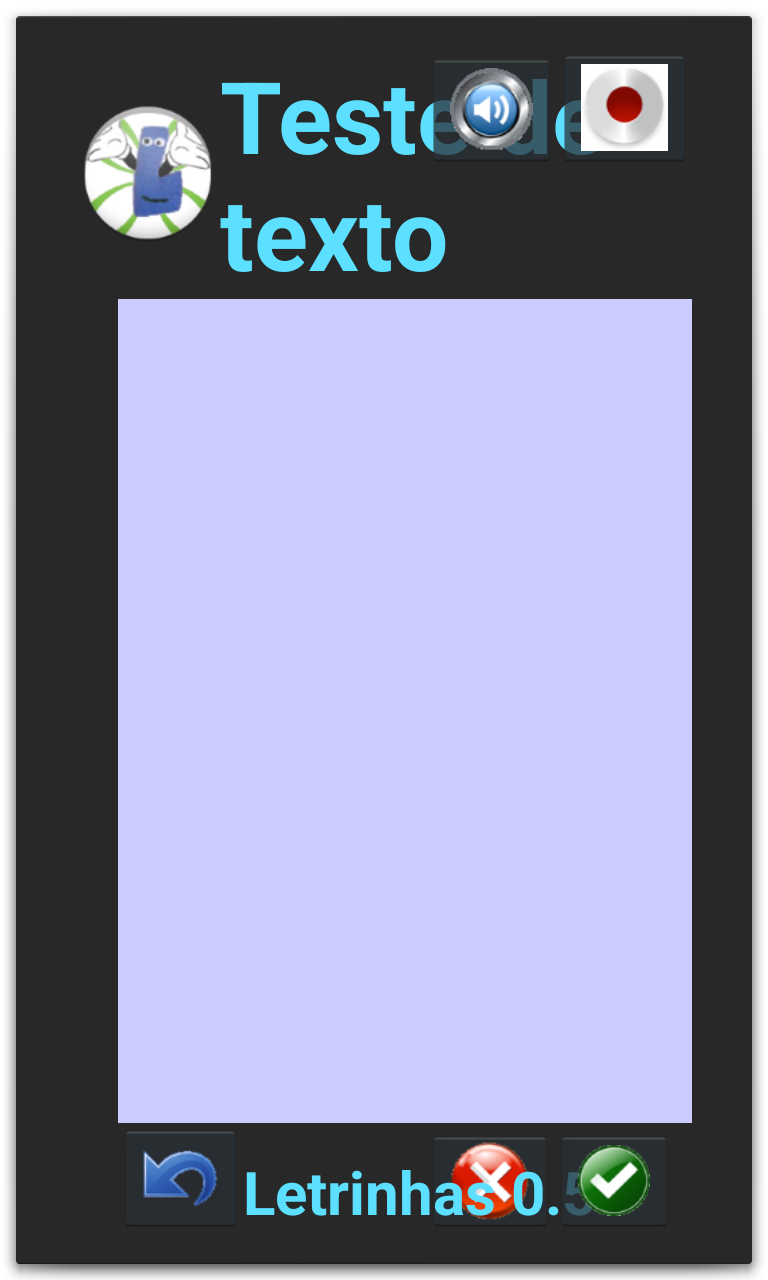
Repository: iptomar/letrinhas_documentacao
Layout: Letrinhas/APP/Prototipos/Letrinhas05/res/layout/activity_teste__texto__aluno.xml
These files come from the project's save history. The layout is drawn as it stood at one moment and after the next save; the edit follows.
It is drawn on a 768 x 1280 px phone screen (xhdpi) without system bars, with theme android:Theme.Holo.Dialog.NoActionBar; the app's code is not run.

Above is the layout before, as saved 2014-05-18 23:51:01.

### Letrinhas/APP/Prototipos/Letrinhas05/res/layout/activity_teste__texto__aluno.xml
<RelativeLayout xmlns:android="http://schemas.android.com/apk/res/android"
    xmlns:tools="http://schemas.android.com/tools"
    android:id="@+id/testTexto"
    android:layout_width="match_parent"
    android:layout_height="match_parent"
    android:gravity="clip_vertical"
    android:paddingBottom="@dimen/activity_vertical_margin"
    android:paddingLeft="30sp"
    android:paddingRight="30sp"
    android:paddingTop="@dimen/activity_vertical_margin"
    tools:context="com.letrinhas05.Teste_Texto" >

    <TextView
        android:id="@+id/textCabecalho"
        android:layout_width="wrap_content"
        android:layout_height="wrap_content"
        android:layout_alignParentLeft="true"
        android:layout_alignParentTop="true"
        android:drawableLeft="@drawable/logo2"
        android:text="@string/title_activity_teste_texto"
        android:textColor="#5ddfff"
        android:textSize="50sp"
        android:textStyle="bold" />

    <ImageButton
        android:id="@+id/txtRecord"
        android:layout_width="wrap_content"
        android:layout_height="wrap_content"
        android:layout_alignParentRight="true"
        android:layout_alignTop="@+id/textCabecalho"
        android:contentDescription="@string/Recording"
        android:src="@drawable/record" />

    <ScrollView
        android:id="@+id/txtTela"
        android:layout_width="wrap_content"
        android:layout_height="wrap_content"
        android:layout_above="@+id/txtVoltar"
        android:layout_alignLeft="@+id/textCabecalho"
        android:layout_alignRight="@+id/txtRecord"
        android:layout_below="@+id/textCabecalho"
        android:layout_marginLeft="21dp"
        android:background="#ccccff"
        android:paddingBottom="10dp"
        android:paddingLeft="10dp"
        android:paddingRight="10dp"
        android:paddingTop="10dp" >

        <LinearLayout
            android:id="@+id/llTexto"
            android:layout_width="match_parent"
            android:layout_height="wrap_content"
            android:orientation="vertical" >

            <TextView
                android:id="@+id/txtTexto"
                android:layout_width="match_parent"
                android:layout_height="match_parent"
                android:layout_gravity="fill"
                android:textIsSelectable="true"
                android:textColor="#303030"
                android:textSize="35sp" />

        </LinearLayout>
    </ScrollView>

    <ImageButton
        android:id="@+id/txtPlay"
        android:layout_width="wrap_content"
        android:layout_height="wrap_content"
        android:layout_alignBottom="@+id/txtRecord"
        android:layout_toLeftOf="@+id/txtRecord"
        android:contentDescription="@string/play"
        android:src="@drawable/palyoff" />

    <ImageButton
        android:id="@+id/txtCancel"
        android:layout_width="wrap_content"
        android:layout_height="wrap_content"
        android:layout_alignLeft="@+id/txtPlay"
        android:layout_alignTop="@+id/txtAvaliar"
        android:contentDescription="@string/sair"
        android:src="@drawable/cancelar" />

    <ImageButton
        android:id="@+id/txtVoltar"
        android:layout_width="wrap_content"
        android:layout_height="wrap_content"
        android:layout_alignLeft="@+id/txtTela"
        android:layout_alignParentBottom="true"
        android:contentDescription="@string/voltar"
        android:src="@drawable/voltar" />

    <TextView
        android:id="@+id/textRodape"
        android:layout_width="wrap_content"
        android:layout_height="wrap_content"
        android:layout_alignBottom="@+id/txtVoltar"
        android:layout_toRightOf="@+id/txtVoltar"
        android:text="@string/letrinhas"
        android:textColor="#5ddfff"
        android:textSize="30sp"
        android:textStyle="bold" />

    <ImageButton
        android:id="@+id/txtAvaliar"
        android:layout_width="wrap_content"
        android:layout_height="wrap_content"
        android:layout_alignBottom="@+id/textRodape"
        android:layout_toRightOf="@+id/txtCancel"
        android:contentDescription="@string/entrar"
        android:src="@drawable/valido" />

</RelativeLayout>

### Letrinhas/APP/Prototipos/Letrinhas05/res/values/strings.xml
<?xml version="1.0" encoding="utf-8"?>
<resources>

    <string name="app_name">Letrinhas05</string>
    <string name="entrar">Entrar</string>
    <string name="letrinhas">Letrinhas 0.5 </string>
    <string name="Recording">A gravar</string>
    <string name="start">Começar</string>
    <string name="stop">Parar</string>
    <string name="play">Ouvir</string>
    <string name="title_item_list">Items</string>
    <string name="title_item_detail">Item Detail</string>
    <string name="title_activity_escolhe_teste">Escolher Teste</string>
    <string name="action_settings">Settings</string>
    <string name="sair">sair</string>
    <string name="voltar">voltar</string>
    <string name="teste">Teste</string>
    <string name="title_activity_esc_modo">Escolher Modo do teste</string>
    <string name="escolhe_Modo">Escolher o Modo do teste a realizar</string>
    <string name="porAluno">Por Aluno</string>
    <string name="porProf">Por Professor</string>
    <string name="title_activity_leitura_texto">Leitura de Textos</string>
    <string name="title_activity_leitura_palavras">Leitura de Palavras</string>
    <string name="concetList">ConectList</string>
    <string name="title_activity_texto">Teste de texto</string>
    <string name="title_activity_teste_texto">Teste de texto</string>
    <string name="title_activity_teste__imagem">Teste de imagens</string>
    <string name="title_activity_teste__palavras">Teste de palavras</string>
    <string name="title_activity_teste__poema">Teste de poema</string>
    <string name="login_title">Login Screen</string>
    <string name="username">Username</string>
    <string name="password">Password</string>
    <string name="login">Login</string>
    <string name="title_activity_autenticacao">Autenticacao</string>
    <string name="min"></string>
    <string name="sec"></string>
    <string name="vacilar">Vacilações</string>
    <string name="fragment">Fragmentações</string>
    <string name="silabac">Silabações</string>
    <string name="repeti">Repetições</string>
    <string name="exepriment">experiência</string>
    <string name="menos">menos</string>
    <string name="mais">mais</string>
    <string name="espaco">"                        "</string>
    <string name="numer">20</string>
    <string name="pErrada">P. Erradas:</string>
    <string name="btnback">Voltar</string>
    <string name="title_activity_all__tests">Todos os Testes</string>
    <string name="btnMainAllTest">Todos os Testes</string>
    <string name="btnMainSendResult">Criar e enviar Resultado de Teste</string>
    <string name="btnSendResult">Enviar Resultado</string>
    <string name="title_activity_send__result_test">Enviar Resultado de Teste</string>
    <string name="lb_mainIpServidor">IP do Servidor:</string>
    <string name="mainPorta">Porta:</string>
    <string name="title_activity_receber_imagem">ReceberImagem</string>
    <string name="btnReceberImagem">Ver imagem da BD Profs</string>
    <string name="title_activity_reprod_audio">ReprodAudio</string>
    <string name="title_activity_main_bd">MainBD</string>
    <string name="pontErrada">Pontuação</string>
    <string name="PalavraErrada">Palavra Errada</string>
    <string name="CancelarSeleccao">Cancelar Seleccao</string>
    <string name="title_activity_resultado">Resultado</string>
    <string name="resultado">Resultado do teste</string>
    <string name="avancar">Avançar</string>
    <string name="act_BD">Atualizar a Base de Dados</string>
    <string name="title_activity_escolhe_escola">Escolher Escola</string>
    <string name="escola">escola</string>
    <string name="title_activity_escolhe_disciplina">Escolher disciplina</string>
    <string name="ano">ano</string>
    <string name="title_activity_escolhe_aluno">Escolher Aluno</string>
    <string name="aluno">Aluno</string>
    <string name="title_activity_escolhe_professor">Escolher Professor</string>
    <string name="professor">Professor</string>
    <string name="nomeTeste">Nome do teste</string>
    <string name="tempoLeitura">Tempo de leitura</string>
    <string name="expressividade">Expressividade</string>
    <string name="ritmo">Ritmo</string>
    <string name="nota">Nota</string>
    <string name="perguntaImagem">perguntaImagem</string>
    <string name="title_activity_custom">Custom</string>
    <string name="portugues">Português</string>
    <string name="ingles">Inglês</string>
    <string name="estMeio">Estudo do meio</string>
    <string name="matematica">Matemática</string>
    <string name="escolheDisciplina">Escolhe a disciplina</string>
    <string name="agrupamento">Agrupamento Artur Gonçalves</string>
    <string name="escProfessor">Escolher professor</string>
    <string name="title_activity_escolhe_turma">Escolher Turma</string>
    <string name="hello_world">Hello world!</string>
    <string name="escolherTurma">Escolher Turma</string>
    <string name="escolherAluno">Escolher Aluno</string>
    <string name="escolherModo">Escolher modo</string>
    <string name="realizarTeste">Realizar teste(s)</string>
    <string name="corrigirTeste">Corrigir teste(s)</string>
    <string name="title_activity_escolhe_tipo_teste">Escolher Tipo de Teste</string>
    <string name="escolheTipoTeste">Escolher Tipo de Teste</string>
    <string name="demo">Demo</string>
    <string name="iniciar">Iniciar</string>
    <string name="ExemploTexto">Alfabetização\n
        A alfabetização consiste no aprendizado do alfabeto e de sua utilização como código de comunicação. De um modo mais abrangente, a alfabetização é definida como um processo no qual o indivíduo constrói a gramática e em suas variações. Esse processo não se resume apenas na aquisição dessas habilidades mecânicas (codificação e decodificação) do acto de ler, mas na capacidade de interpretar, compreender, criticar, resignificar e produzir conhecimento.1 Todas essas capacidades citadas anteriormente só serão concretizadas se os alunos tiverem acesso a todos os tipos de portadores de textos. O aluno precisa encontrar os usos sociais da leitura e da escrita.2 A alfabetização envolve também o desenvolvimento de novas formas de compreensão e uso da linguagem de uma maneira geral.\n
        A alfabetização de um indivíduo promove sua socialização, já que possibilita o estabelecimento de novos tipos de trocas simbólicas com outros indivíduos, acesso a bens culturais e a facilidades oferecidas pelas instituições sociais. A alfabetização é um fator propulsor do exercício consciente da cidadania e do desenvolvimento da sociedade como um todo.\n
        A incapacidade de ler e escrever é denominada analfabetismo, enquanto que a incapacidade de interpretar textos simples é chamada analfabetismo funcional ou semianalfabetismo.</string>
    <string name="ExemploPoema">    Ó lua que vais tão alta,\n
Redonda como um tamanco!\n
Ó Maria, traz cá a escada,\n
Que eu não chego lá com um banco.\n
\n
A minha mãe fez um bolo de alfazema.\n
Pedi-lhe uma fatia, e ela deu-ma!\n
\n
Da minha casa à tua\n
vai uma grande distância,\n
Cuidado pelo caminho, \n
não vás escorregar numa casaca de melância!\n
\n
 o meu nome é dionísio\n
pediram-me para fazer um poema, e fízi-o.\n
</string>
    <string name="title_activity_listar_submissoes">Listar Submissoes</string>
    <string name="corrigirSubmisoes">Escolher testes a corrigir</string>

</resources>

Loaded but not shown: Letrinhas/APP/Prototipos/Letrinhas05/res/values/dimens.xml (common file)

After the next save:
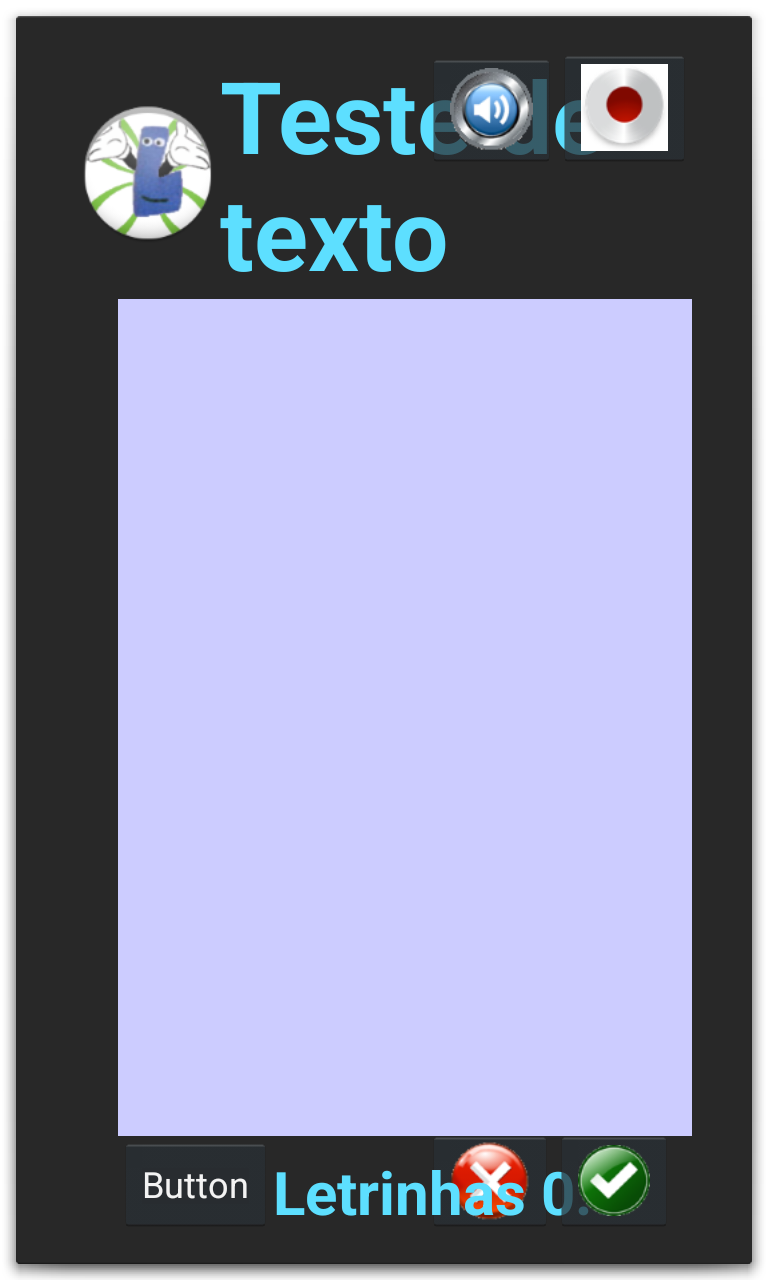
Saved 5 min 41 s later.
--- a/Letrinhas/APP/Prototipos/Letrinhas05/res/layout/activity_teste__texto__aluno.xml
+++ b/Letrinhas/APP/Prototipos/Letrinhas05/res/layout/activity_teste__texto__aluno.xml
@@ -82,14 +82,14 @@
         android:contentDescription="@string/sair"
         android:src="@drawable/cancelar" />
 
-    <ImageButton
+    <Button android:text="Button"
         android:id="@+id/txtVoltar"
         android:layout_width="wrap_content"
         android:layout_height="wrap_content"
         android:layout_alignLeft="@+id/txtTela"
         android:layout_alignParentBottom="true"
         android:contentDescription="@string/voltar"
-        android:src="@drawable/voltar" />
+        />
 
     <TextView
         android:id="@+id/textRodape"
